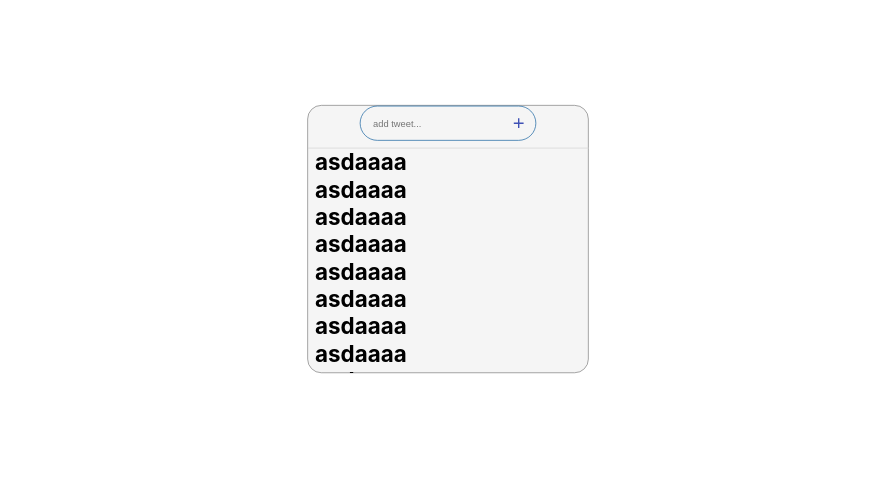
Repository: ehabmelhem/FullStack_Tweetapp
Page: /tweet (app in tweet-app-demo/)
These files come from the project's save history. The page is drawn as it stood at one moment and after the next save; the edit follows.
The browser window is 1280 px wide. The pictures show the part of the page from y = 0 to 1920 px (the page is 720 px tall before and 31213 px after), at 70% of full size.
The project was rebuilt for these pictures with package versions that can differ from the ones it lists, and the page was loaded fresh each time. A package was used in the major version that the imports need, not the one package.json lists. Also part of the build but not shown: tweet-app-demo/src/Componets/Gotweet.js, tweet-app-demo/src/Componets/Login.css, tweet-app-demo/src/Componets/Login.js, tweet-app-demo/src/Componets/SignUp.css, tweet-app-demo/src/Componets/SignUp.js.

Above is the page before, as saved 2021-01-28 20:06:15.

### tweet-app-demo/src/App.js
import "./App.css";
import { useEffect, useState } from "react";
import { BrowserRouter as Router, Switch, Route, Link } from "react-router-dom";
import Login from "./Componets/Login";
import SignUp from "./Componets/SignUp";
import Tweet from "./Componets/Tweet";

function App() {
  return (
    <Router>
      <div className="app">
        <Switch>
          <Route path="/tweet">
            <Tweet />
          </Route>
          <Route path="/login">
            <Login />
          </Route>
          <Route path="/signup">
            <SignUp />
          </Route>
          <Route path="/">
            <Link to="/login">
              <button>Login</button>
            </Link>
            <Link to="/signup">
              <button>SignUp</button>
            </Link>
          </Route>
        </Switch>
      </div>
    </Router>
  );
}

export default App;

### tweet-app-demo/src/App.css
.app {
  position: relative;
  top: 150px;
  width: fit-content;
  margin: 0 auto;
}

### tweet-app-demo/src/Componets/Tweet.js
import React from "react";
import "./Tweet.css";
import IconButton from "@material-ui/core/IconButton";
import AddIcon from "@material-ui/icons/Add";
function Tweet() {
  return (
    <div className="tweet">
      <form className="tweet__form">
        <input placeholder="add tweet..." type="text" name="" id="" />
        <IconButton color="primary">
          <AddIcon />
        </IconButton>
      </form>
      <div className="container">
        <h1>asdaaaa</h1>
        <h1>asdaaaa</h1>
        <h1>asdaaaa</h1>
        <h1>asdaaaa</h1>
        <h1>asdaaaa</h1>
        <h1>asdaaaa</h1>
        <h1>asdaaaa</h1>
        <h1>asdaaaa</h1>
        <h1>asdaaaa</h1>
        <h1>asdaaaa</h1>
        <h1>asdaaaa</h1>
        <h1>asdaaaa</h1>
        <h1>asdaaaa</h1>
        <h1>asdaaaa</h1>
        <h1>asdaaaa</h1>
        <h1>asdaaaa</h1>
        <h1>asdaaaa</h1>
        <h1>asdaaaa</h1>
        <h1>asdaaaa</h1>
        <h1>asdaaaa</h1>
        <h1>asdaaaa</h1>
        <h1>asdaaaa</h1>
        <h1>asdaaaa</h1>
        <h1>asdaaaa</h1>
        <h1>asdaaaa</h1>
        <h1>asdaaaa</h1>
        <h1>asdaaaa</h1>
        <h1>asdaaaa</h1>
        <h1>asdaaaa</h1>
        <h1>asdaaaa</h1>
        <h1>asdaaaa</h1>
        <h1>asdaaaa</h1>
        <h1>asdaaaa</h1>
        <h1>asdaaaa</h1>
        <h1>asdaaaa</h1>
        <h1>asdaaaa</h1>
        <h1>asdaaaa</h1>
        <h1>asdaaaa</h1>
        <h1>asdaaaa</h1>
        <h1>asdaaaa</h1>
        <h1>asdaaaa</h1>
        <h1>asdaaaa</h1>
        <h1>asdaaaa</h1>
        <h1>asdaaaa</h1>
        <h1>asdaaaa</h1>
      </div>
    </div>
  );
}

export default Tweet;

### tweet-app-demo/src/Componets/Tweet.css
.tweet__form {
  margin: 0 auto;
  width: fit-content;
  display: flex;
  align-items: center;
  border: 1px solid rgb(23, 99, 161);
  border-radius: 999px;
}
.tweet__form > input {
  margin-left: 11px;
  padding: 7px;
  outline: none;
  border: none;
  background-color: whitesmoke;
}
.tweet {
  background-color: whitesmoke;
  width: 400px;
  border-radius: 20px;
  border: 1px solid gray;
  z-index: 999;
}
/* Hide scrollbar for Chrome, Safari and Opera */

.container::-webkit-scrollbar-track {
  box-shadow: inset 0 0 6px rgba(13, 132, 230, 0.76);
  border-radius: 999px;
}
.container::-webkit-scrollbar {
  width: 10px;
}
.container::-webkit-scrollbar-thumb {
  background-color: rgb(37, 156, 235);
  border-radius: 999px;
}
.container::-webkit-scrollbar-thumb:hover {
  background-color: black;
}
.container {
  border-top: 1px solid lightgray;
  margin: 0 auto;
  margin-top: 10px;
  overflow: scroll;
  scroll-behavior: smooth;
  overflow-x: hidden; /* Hide horizontal scrollbar */
  height: 320px;
  width: fit-content;
  padding-left: 10px;
  padding-right: 260px;
}

Loaded but not shown: tweet-app-demo/public/index.html (common file); tweet-app-demo/src/index.js (common file); tweet-app-demo/src/index.css (common file); tweet-app-demo/src/reportWebVitals.js (common file)

After the next save:
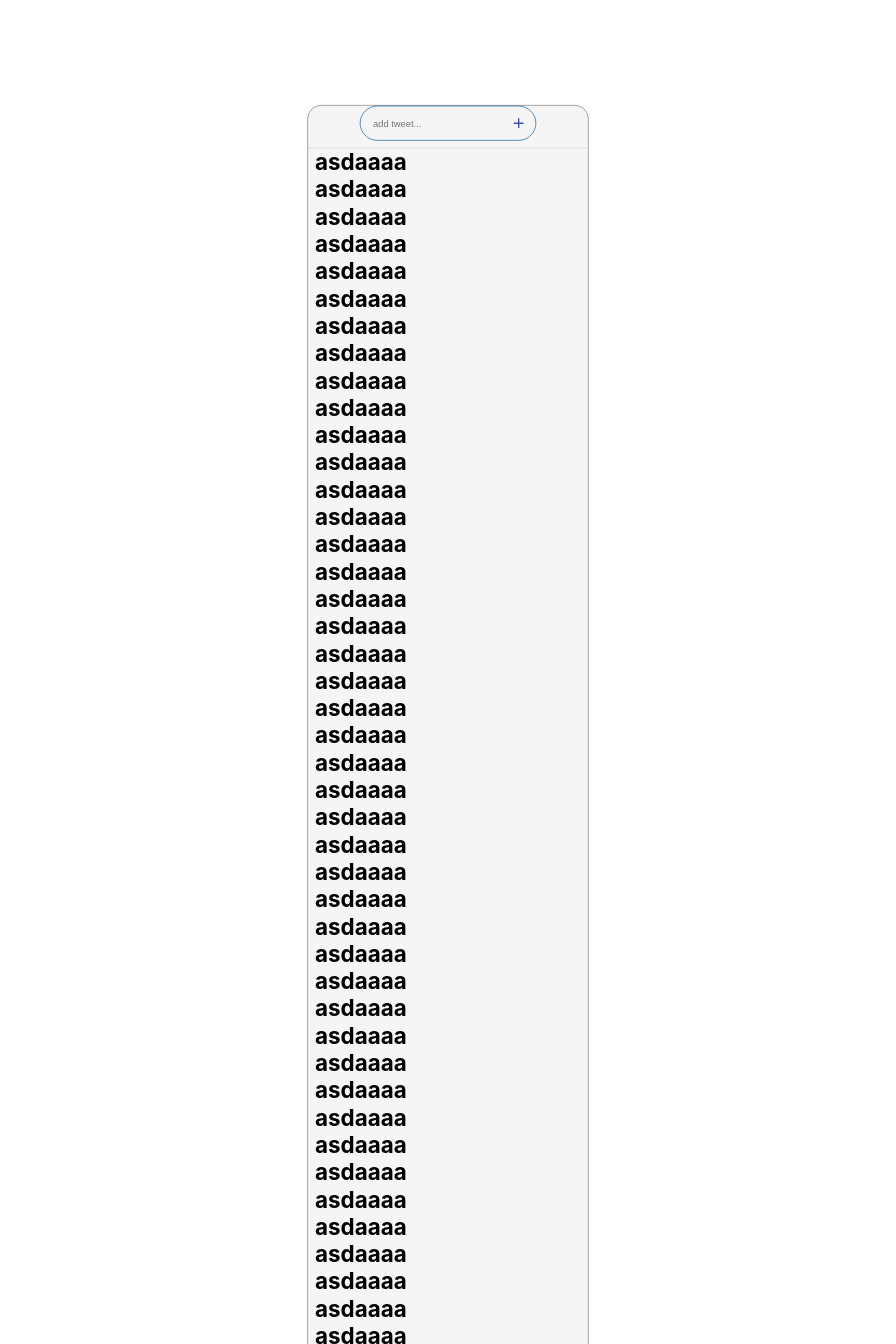
Saved 5 s later.
--- a/tweet-app-demo/src/Componets/Tweet.css
+++ b/tweet-app-demo/src/Componets/Tweet.css
@@ -43,7 +43,7 @@
   overflow: scroll;
   scroll-behavior: smooth;
   overflow-x: hidden; /* Hide horizontal scrollbar */
-  height: 320px;
+  height: 31000px;
   width: fit-content;
   padding-left: 10px;
   padding-right: 260px;
